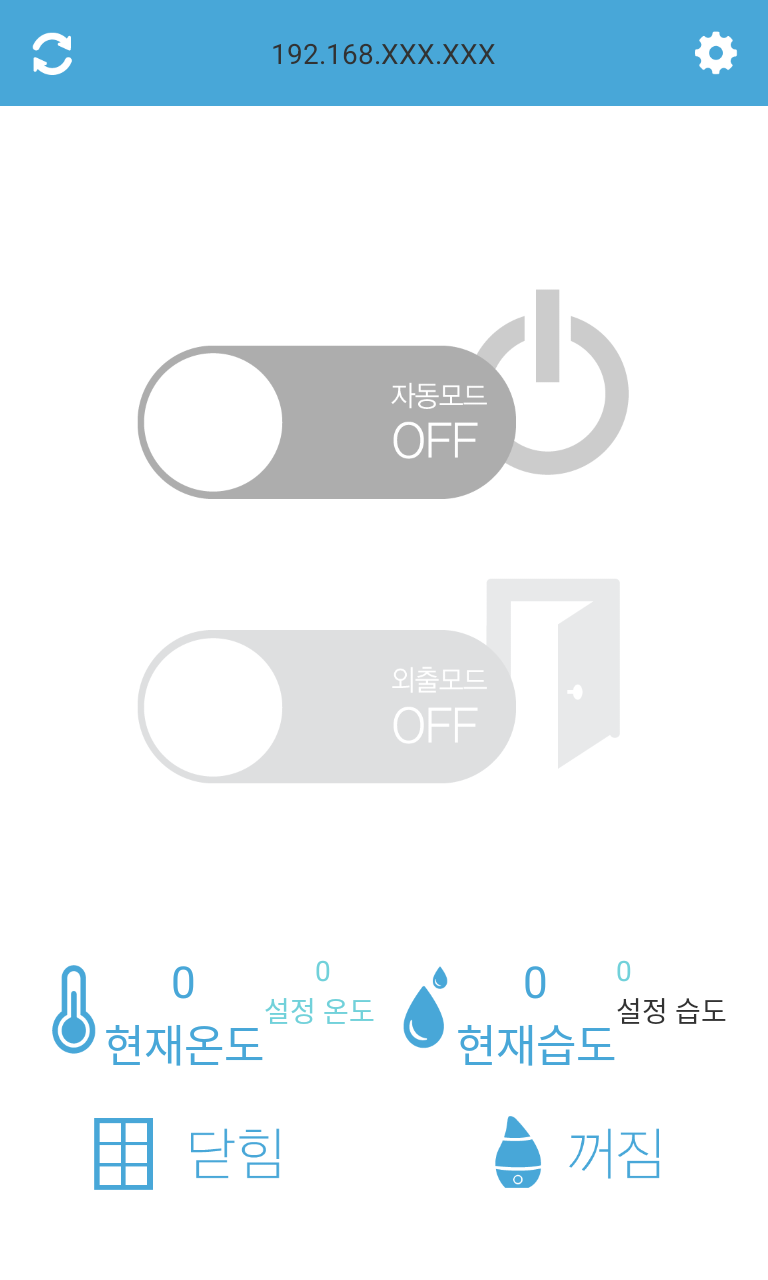
Repository: YeoeunJeong/SinNaYeo
Layout: sny_android/SinNaYeoAndroid/res/layout/activity_sin_na_yeo_main.xml
The author's editor kept a copy of each file at every save. The layout is drawn from the files as they stood at one save, then again after the next save.
It is drawn on a 768 x 1280 px phone screen (xhdpi) without system bars, with theme android:Theme.Holo.Light.NoActionBar; the app's code is not run.

Above is the layout before, as saved 2015-09-24 19:54:32.

### sny_android/SinNaYeoAndroid/res/layout/activity_sin_na_yeo_main.xml
<LinearLayout xmlns:android="http://schemas.android.com/apk/res/android"
    xmlns:tools="http://schemas.android.com/tools"
    android:id="@+id/LinearLayout1"
    android:layout_width="match_parent"
    android:layout_height="match_parent"
    android:orientation="vertical"
    tools:context=".SinNaYeoMainActivity" >

    <RelativeLayout
        android:layout_width="match_parent"
        android:layout_height="53dp "
        android:background="#48A7d8" >

        <ImageButton
            android:id="@+id/main_renew_btn"
            android:layout_width="wrap_content"
            android:layout_height="wrap_content"
            android:layout_alignParentLeft="true"
            android:layout_gravity="center_vertical"
            android:layout_marginLeft="15dp"
            android:layout_marginTop="15dp"
            android:background="#00ff0000"
            android:onClick="mOnClick"
            android:src="@drawable/btn_main_renew" />

        <ImageButton
            android:id="@+id/main_setting_btn"
            android:layout_width="wrap_content"
            android:layout_height="wrap_content"
            android:layout_alignParentRight="true"
            android:layout_marginRight="15dp"
            android:layout_marginTop="15dp"
            android:background="#00ff0000"
            android:src="@drawable/btn_main_setting" />

        <TextView
            android:id="@+id/main_ip_tv"
            android:layout_width="wrap_content"
            android:layout_height="wrap_content"
            android:layout_centerHorizontal="true"
            android:layout_centerVertical="true"
            android:text="192.168.XXX.XXX" />
    </RelativeLayout>

    <RelativeLayout
        android:layout_width="match_parent"
        android:layout_height="match_parent"
        android:orientation="vertical" >

        <TextView
            android:id="@+id/main_outing_tv"
            android:layout_width="wrap_content"
            android:layout_height="wrap_content"
            android:layout_alignParentTop="true"
            android:layout_centerHorizontal="true"
            android:layout_marginTop="30dp"
            android:text="외출 관리는 2시간 후에 시작됩니다."
            android:visibility="invisible" />

        <ImageButton
            android:id="@+id/main_automode_btn"
            android:layout_width="wrap_content"
            android:layout_height="wrap_content"
            android:layout_centerHorizontal="true"
            android:layout_marginTop="86.33dp"
            android:background="#00ff0000"
            android:src="@drawable/btn_auto_off" />

        <ImageButton
            android:id="@+id/main_outing_btn"
            android:layout_width="wrap_content"
            android:layout_height="wrap_content"
            android:layout_below="@id/main_automode_btn"
            android:layout_centerHorizontal="true"
            android:layout_marginTop="28.67dp"
            android:background="#00ff0000"
            android:onClick="mOnClick"
            android:src="@drawable/btn_outing_nonclickable" />

        <ImageButton
            android:id="@+id/main_humidifier_btn"
            android:layout_width="wrap_content"
            android:layout_height="wrap_content"
            android:layout_alignParentBottom="true"
            android:layout_alignParentRight="true"
            android:layout_marginBottom="32.33dp"
            android:layout_marginRight="20.67dp"
            android:background="#00ff0000"
            android:onClick="mOnClick"
            android:src="@drawable/btn_humid_off" />

        <ImageButton
            android:id="@+id/main_window_btn"
            android:layout_width="wrap_content"
            android:layout_height="wrap_content"
            android:layout_alignParentBottom="true"
            android:layout_alignParentLeft="true"
            android:layout_marginBottom="32.33dp"
            android:layout_marginLeft="20.67dp"
            android:background="#00ff0000"
            android:onClick="mOnClick"
            android:src="@drawable/btn_window_closed" />

        <LinearLayout
            android:layout_width="wrap_content"
            android:layout_height="wrap_content"
            android:layout_above="@id/main_window_btn"
            android:layout_alignParentLeft="true"
            android:layout_marginBottom="15.33dp"
            android:layout_marginLeft="20.67dp"
            android:orientation="horizontal" >

            <ImageView
                android:layout_width="wrap_content"
                android:layout_height="wrap_content"
                android:src="@drawable/img_temper" />

            <LinearLayout
                android:layout_width="wrap_content"
                android:layout_height="match_parent"
                android:orientation="vertical" >

                <TextView
                    android:id="@+id/main_now_temper_tv"
                    android:layout_width="wrap_content"
                    android:layout_height="wrap_content"
                    android:layout_gravity="center"
                    android:text="0"
                    android:textAppearance="?android:attr/textAppearanceLarge"
                    android:textColor="#48A7D8" />

                <TextView
                    android:layout_width="wrap_content"
                    android:layout_height="wrap_content"
                    android:layout_gravity="center"
                    android:text="현재온도"
                    android:textAppearance="?android:attr/textAppearanceLarge"
                    android:textColor="#48A7D8" />
            </LinearLayout>

            <LinearLayout
                android:layout_width="wrap_content"
                android:layout_height="match_parent"
                android:orientation="vertical" >

                <TextView
                    android:id="@+id/main_set_temper_tv"
                    android:layout_width="wrap_content"
                    android:layout_height="wrap_content"
                    android:layout_gravity="center"
                    android:text="0"
                    android:textAppearance="?android:attr/textAppearanceSmall"
                    android:textColor="#71D1DA" />

                <TextView
                    android:layout_width="wrap_content"
                    android:layout_height="wrap_content"
                    android:layout_gravity="center"
                    android:text="설정 온도 "
                    android:textAppearance="?android:attr/textAppearanceSmall"
                    android:textColor="#71D1DA" />
            </LinearLayout>
        </LinearLayout>

        <LinearLayout
            android:layout_width="wrap_content"
            android:layout_height="wrap_content"
            android:layout_above="@id/main_humidifier_btn"
            android:layout_alignParentRight="true"
            android:layout_marginBottom="15.33dp"
            android:layout_marginRight="20.67dp"
            android:orientation="horizontal" >

            <ImageView
                android:layout_width="wrap_content"
                android:layout_height="wrap_content"
                android:src="@drawable/img_humid" />

            <LinearLayout
                android:layout_width="wrap_content"
                android:layout_height="match_parent"
                android:orientation="vertical" >

                <TextView
                    android:id="@+id/main_now_humid_tv"
                    android:layout_width="wrap_content"
                    android:layout_height="wrap_content"
                    android:layout_gravity="center"
                    android:text="0"
                    android:textAppearance="?android:attr/textAppearanceLarge"
                    android:textColor="#48A7D8" />

                <TextView
                    android:layout_width="wrap_content"
                    android:layout_height="wrap_content"
                    android:layout_gravity="center"
                    android:text="현재습도"
                    android:textAppearance="?android:attr/textAppearanceLarge"
                    android:textColor="#48A7D8" />
            </LinearLayout>

            <LinearLayout
                android:layout_width="wrap_content"
                android:layout_height="match_parent"
                android:orientation="vertical" >

                <TextView
                    android:id="@+id/main_set_humid_tv"
                    android:layout_width="wrap_content"
                    android:layout_height="wrap_content"
                    android:text="0"
                    android:textAppearance="?android:attr/textAppearanceSmall"
                    android:textColor="#71D1DA" />

                <TextView
                    android:layout_width="wrap_content"
                    android:layout_height="wrap_content"
                    android:layout_gravity="center"
                    android:text="설정 습도"
                    android:textAppearance="?android:attr/textAppearanceSmall" >
                </TextView>
            </LinearLayout>
        </LinearLayout>
    </RelativeLayout>

</LinearLayout>

After the next save:
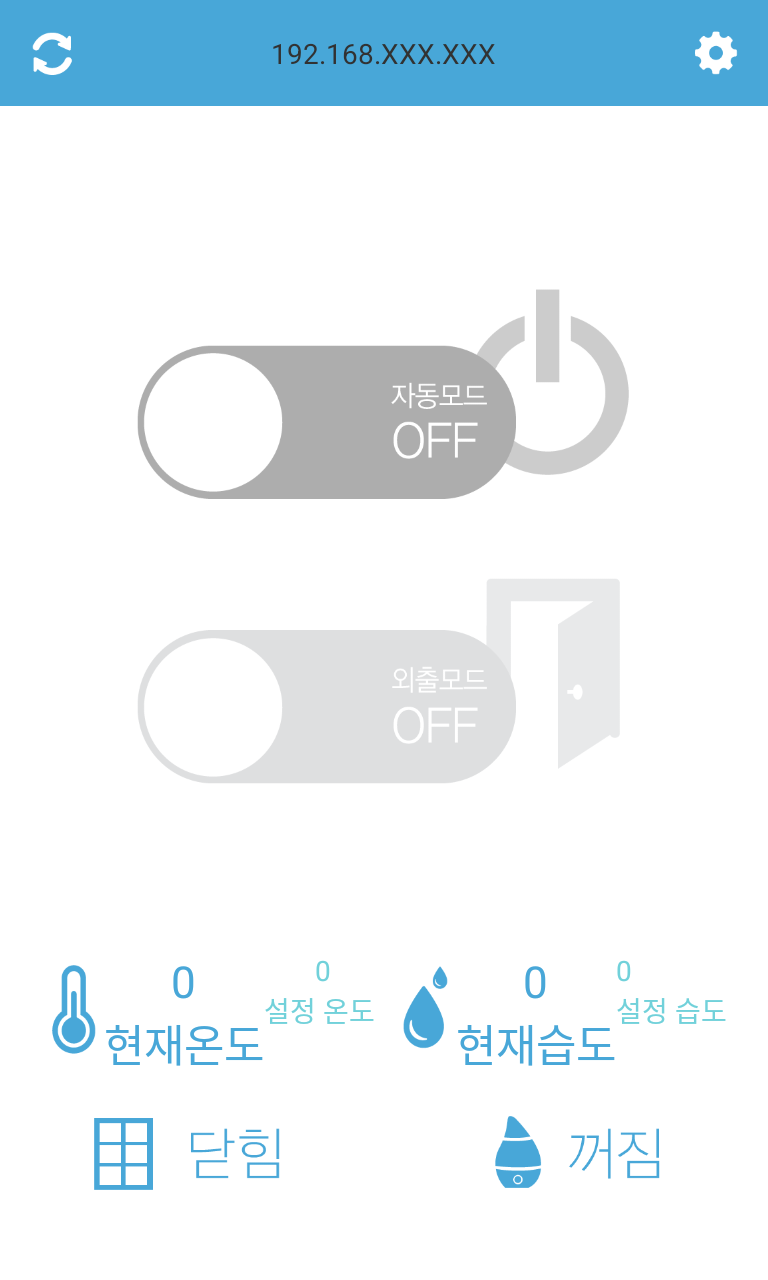
Saved 4 s later.
--- a/sny_android/SinNaYeoAndroid/res/layout/activity_sin_na_yeo_main.xml
+++ b/sny_android/SinNaYeoAndroid/res/layout/activity_sin_na_yeo_main.xml
@@ -217,7 +217,8 @@
                     android:layout_height="wrap_content"
                     android:layout_gravity="center"
                     android:text="설정 습도"
-                    android:textAppearance="?android:attr/textAppearanceSmall" >
+                    android:textAppearance="?android:attr/textAppearanceSmall"
+                    android:textColor="#71D1DA" >
                 </TextView>
             </LinearLayout>
         </LinearLayout>
